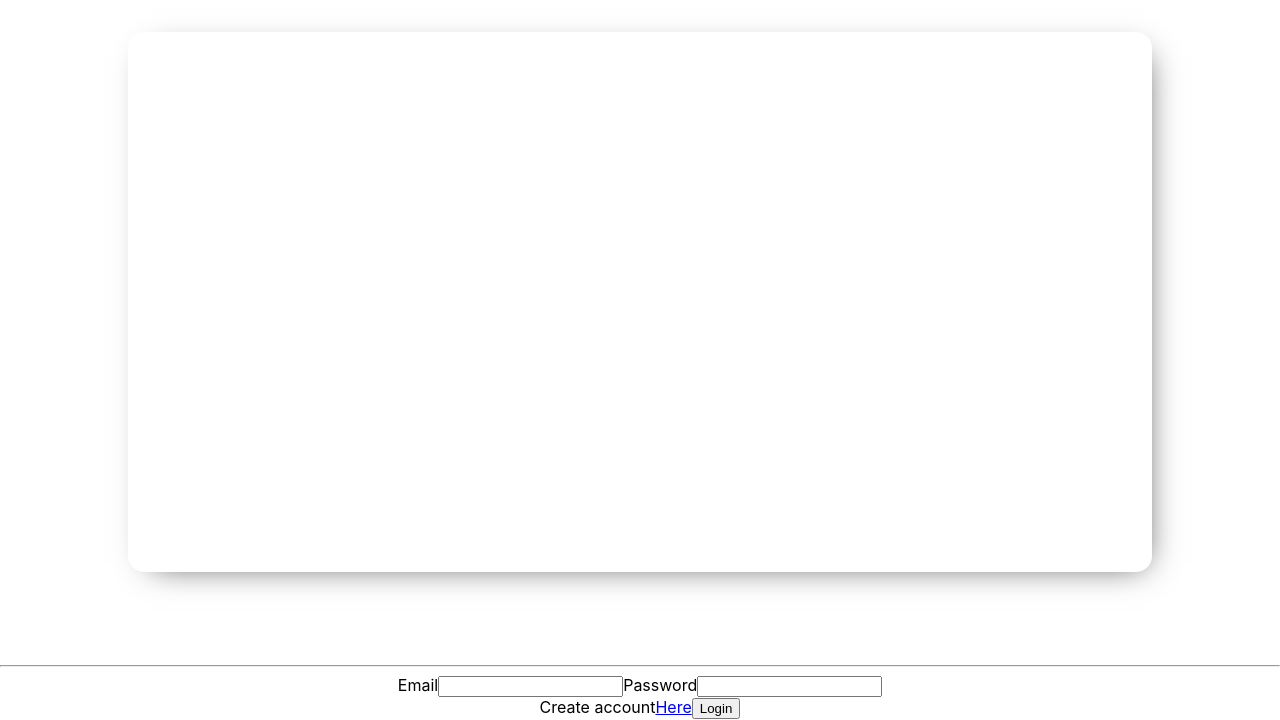
Repository: TendaniSadiki/revelation-e-commerce
Page: /login
These files come from the project's save history. The page is drawn as it stood at one moment and after a run of saves; the edit follows.
The browser window is 1280 px wide. The pictures show the whole page.
The project was rebuilt for these pictures with package versions that can differ from the ones it lists, and the page was loaded fresh each time. Also part of the build but not shown: src/Components/Navbar.css, src/Components/Navbar.js, src/Components/CardStyle.css, src/Components/IndividualProduct.js, src/Components/Products.js, src/Components/IndividualCartProduct.js, src/Components/CartProduct.js, src/Components/Home.js and 8 more. Imported but missing from the stored project, and not drawn on this page: src/Components/Pages/Sale/Sale.

Above is the page before, as saved 2022-11-10 15:12:59.

After the next 2 saves:
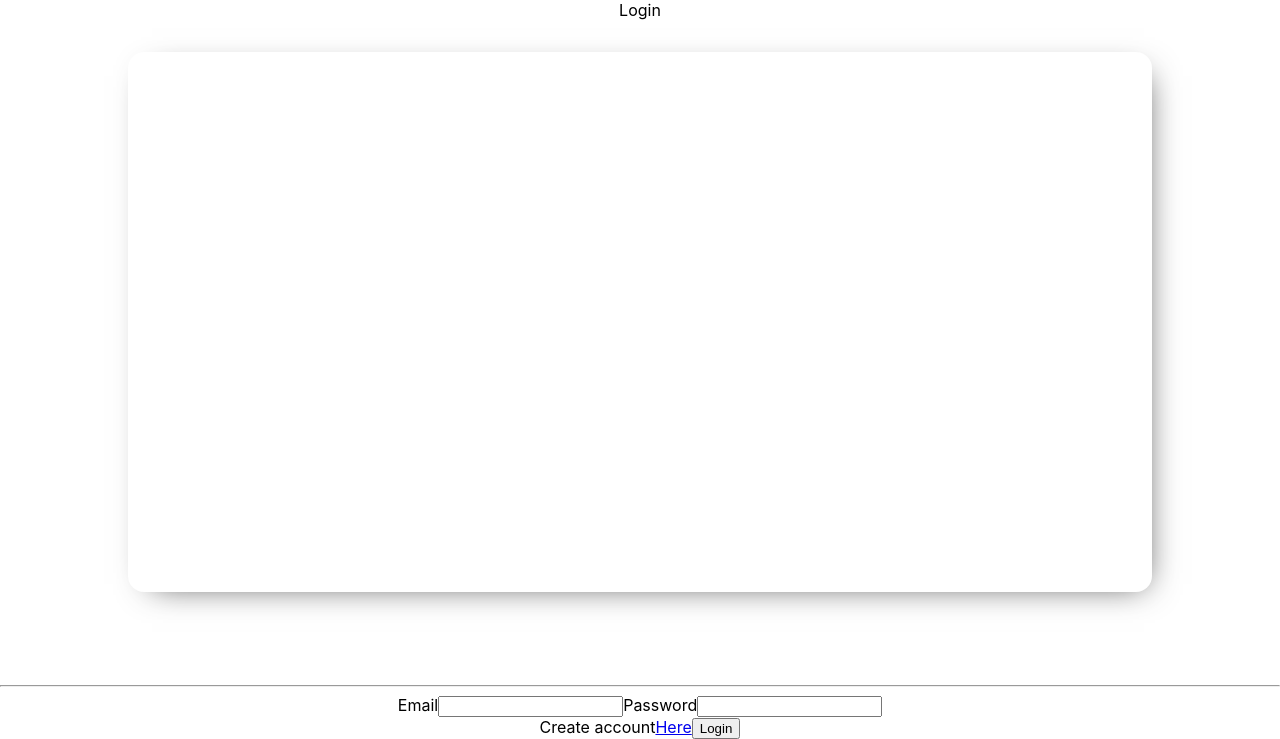
The 2 saves are shown as one change because they came seconds apart.
The last was saved 5 s later.
--- a/src/Components/Login.js
+++ b/src/Components/Login.js
@@ -31,6 +31,7 @@ export const Login = () => {
 
   return (
     <div className="main-Login">
+      Login
        <div className="login-contain"></div>
     <br></br>
     <br></br>
